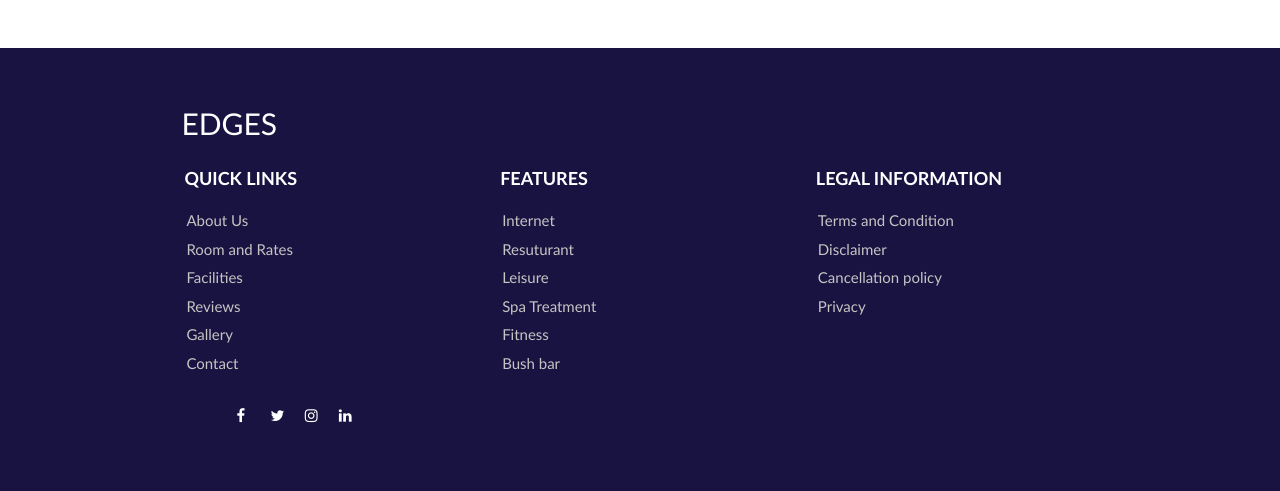
Repository: Syfon01/hotel-website
Page: index.html
These files come from the project's save history. The page is drawn as it stood at one moment and after the next save; the edit follows.
The browser window is 1280 px wide. The pictures show the part of the page from y = 2361 to 2852 px (the page is 2852 px tall before and 2834 px after).

Above is the page before, as saved 2020-06-09 19:00:20.

### index.html
<!doctype html>
<html lang="en">
  <head>
    <title>Title</title>
    <!-- Required meta tags -->
    <meta charset="utf-8">
    <meta name="viewport" content="width=device-width, initial-scale=1, shrink-to-fit=no">
  <!-- font awesome -->
  <link rel="stylesheet" href="https://cdnjs.cloudflare.com/ajax/libs/font-awesome/4.7.0/css/font-awesome.min.css">
    <!-- Bootstrap CSS -->
    <link rel="stylesheet" href="https://stackpath.bootstrapcdn.com/bootstrap/4.3.1/css/bootstrap.min.css" integrity="sha384-ggOyR0iXCbMQv3Xipma34MD+dH/1fQ784/j6cY/iJTQUOhcWr7x9JvoRxT2MZw1T" crossorigin="anonymous">
    <link rel="stylesheet" href="room.css">
    <link rel="stylesheet" href="style.css">

  </head>
  <body>
    <!-- header, navbar -->
    <section class="top__section">
      <div class="top__content">
        <div class="container">
          <div class="icons">
            <i class="fa fa-facebook"></i>
            <i class="fa fa-twitter"></i>
            <i class="fa fa-instagram"></i>
            <i class="fa fa-linkedin"></i>
          </div>

          <div class="select">
            <p>English</p><span><i class="fa fa-angle-down"></i></span>
            <p class="x">NGN</p><span><i class="fa fa-angle-down"></i></span>
          </div>
        </div>
      </div>
    </section>

    <section class="main__frame">
      <nav>
        <input type="checkbox" name="" id="check">
        <label for="check" class="checkbtn"><span class="hamburger"></span></label>
        <label class="navBrand">EDGES</label>
        <ul>
          <li><a href="#" class="active">Home</a></li>
          <li><a href="#">About us</a></li>
          <li><a href="#">Room and Rates</a></li>
          <li><a href="#">Facilities</a></li>
          <li><a href="#">Gallery</a></li>
          <li><a href="#">Review</a></li>
          <li><a href="#">Contact</a></li>
        </ul>
      </nav>

      <div class="text-center text-white pt-5">
        <div class="container cont-head pt-5">
          <div class="vert-head pt-5">
            <h1 class="home pb-3">
              Our Rooms
            </h1>
            <div class="col-12 mx-auto">
              <p>
                Enjoy ultimate relaxation in one of our 94 rooms, including 27 spacious suites, designed with your comfort in
                mind.
                All
                rooms offer free high-speed wireless internet, natural light, as well as coffee and tea facilities. Return
                after a
                full
                day of work or sightseeing and unwind in style.
              </p>
            </div>
          </div>

        </div>
      </div>
    </section>

    <!-- carousel section -->
    <section id="carousel-section">
      <div class="container mt-5">
        <div class="row py-4">
          <div class="col-md-7 col-lg-7 col-12 col-sm-12">
            <div id="carouselExampleIndicators" class="carousel slide" data-ride="carousel">
              <ol class="carousel-indicators">
                <li data-target="#carouselExampleIndicators" data-slide-to="0" class="active"></li>
                <li data-target="#carouselExampleIndicators" data-slide-to="1"></li>
                <li data-target="#carouselExampleIndicators" data-slide-to="2"></li>
              </ol>
              <div class="carousel-inner">
                <div class="carousel-item active">
                  <img src="./img/hotel1.png" class="d-block w-100 img-carousel img-fluid" alt="...">
                </div>
                <div class="carousel-item">
                  <img src="./img/hotel2.png" class="d-block w-100 img-carousel img-fluid" alt="...">
                </div>
                <div class="carousel-item">
                  <img src="./img/hotel3.png" class="d-block w-100 img-carousel img-fluid" alt="...">
                </div>
              </div>

            </div>
          </div>
          <div class="col-md-5 col-lg-5 col-12 col-sm-12">
            <div class="hovertext">
              <h4 class="text-purple mb-4">Standard Room</h4>
              <p class="text-purple"><span class="p-font-weight">Bed type </span>: 1 King sized bed</p>
              <p class="text-purple"><span class="p-font-weight">Size</span> : 25m2</p>
              <p class="text-purple"><span class="p-font-weight">Max.guest </span>: 2 Adults and a child</p>
              <p class="text-purple mb-4"><span class="p-font-weight p-20">#16,700</span> /night</p>
              <button class="btn btn-purple px-5">Book Now</button>
            </div>
          </div>
        </div>

        <div class="row py-4">
          <div class="col-md-7 col-lg-7 col-12 col-sm-12">
            <div id="carouselExampleIndicators" class="carousel slide" data-ride="carousel">
              <ol class="carousel-indicators">
                <li data-target="#carouselExampleIndicators" data-slide-to="0" class="active"></li>
                <li data-target="#carouselExampleIndicators" data-slide-to="1"></li>
                <li data-target="#carouselExampleIndicators" data-slide-to="2"></li>
              </ol>
              <div class="carousel-inner">
                <div class="carousel-item active">
                  <img src="./img/hotel2.png" class="d-block w-100 img-carousel img-fluid" alt="...">
                </div>
                <div class="carousel-item">
                  <img src="./img/hotel3.png" class="d-block w-100 img-carousel img-fluid" alt="...">
                </div>
                <div class="carousel-item">
                  <img src="./img/hotel4.png" class="d-block w-100 img-carousel img-fluid" alt="...">
                </div>
              </div>

            </div>
          </div>
          <div class="col-md-5 col-lg-5 col-12 col-sm-12">
          <div class="hovertext">
            <h4 class="text-purple mb-4">Deluxe Room</h4>
            <p class="text-purple"><span class="p-font-weight">Bed type </span>: 1 King sized bed</p>
            <p class="text-purple"><span class="p-font-weight">Size</span> : 29m2</p>
            <p class="text-purple"><span class="p-font-weight">Max.guest </span>: 2 Adults and a child</p>
            <p class="text-purple mb-4"><span class="p-font-weight p-20">#16,700</span> /night</p>
            <button class="btn btn-purple px-5">Book Now</button>
          </div>
          </div>
        </div>

        <div class="row py-4">
          <div class="col-md-7 col-lg-7 col-12 col-sm-12">
            <div id="carouselExampleIndicators" class="carousel slide" data-ride="carousel">
              <ol class="carousel-indicators">
                <li data-target="#carouselExampleIndicators" data-slide-to="0" class="active"></li>
                <li data-target="#carouselExampleIndicators" data-slide-to="1"></li>
                <li data-target="#carouselExampleIndicators" data-slide-to="2"></li>
              </ol>
              <div class="carousel-inner">
                <div class="carousel-item active">
                  <img src="./img/hotel3.png" class="d-block w-100 img-carousel h-50 img-fluid" alt="...">
                </div>
                <div class="carousel-item">
                  <img src="./img/hotel4.png" class="d-block w-100 img-carousel img-fluid" alt="...">
                </div>
                <div class="carousel-item">
                  <img src="./img/hotel1.png" class="d-block w-100 img-carousel img-fluid" alt="...">
                </div>
              </div>

            </div>
          </div>
          <div class="col-md-5 col-lg-5 col-12 col-sm-12">
          <div class="hovertext">
            <h4 class="text-purple mb-4">Standard Deluxe Room</h4>
            <p class="text-purple"><span class="p-font-weight">Bed type </span>: 1 King sized bed</p>
            <p class="text-purple"><span class="p-font-weight">Size</span> : 48m2</p>
            <p class="text-purple"><span class="p-font-weight">Max.guest </span>: 2 Adults and a child</p>
            <p class="text-purple mb-4"><span class="p-font-weight p-20">#21,000</span> /night</p>
            <button class="btn btn-purple px-5">Book Now</button>
          </div>
          </div>
        </div>

        <div class="row py-4">
          <div class="col-md-7 col-lg-7 col-12 col-sm-12">
            <div id="carouselExampleIndicators" class="carousel slide" data-ride="carousel">
              <ol class="carousel-indicators">
                <li data-target="#carouselExampleIndicators" data-slide-to="0" class="active"></li>
                <li data-target="#carouselExampleIndicators" data-slide-to="1"></li>
                <li data-target="#carouselExampleIndicators" data-slide-to="2"></li>
              </ol>
              <div class="carousel-inner">
                <div class="carousel-item active">
                  <img src="./img/hotel4.png" class="d-block w-100 img-carousel h-50 img-fluid" alt="...">
                </div>
                <div class="carousel-item">
                  <img src="./img/hotel2.png" class="d-block w-100 img-carousel img-fluid" alt="...">
                </div>
                <div class="carousel-item">
                  <img src="./img/hotel1.png" class="d-block w-100 img-carousel img-fluid" alt="...">
                </div>
              </div>

            </div>
          </div>
          <div class="col-md-5 col-lg-5 col-12 col-sm-12">
            <div class="hovertext">
              <h4 class="text-purple mb-4">Executive Room</h4>
              <p class="text-purple"><span class="p-font-weight">Bed type </span>:2 twins or 1 King sized bed</p>
              <p class="text-purple"><span class="p-font-weight">Size</span> : 48m2</p>
              <p class="text-purple"><span class="p-font-weight">Max.guest </span>: 2 Adults and a child</p>
              <p class="text-purple mb-4"><span class="p-font-weight p-20">#25,000</span> /night</p>
              <button class="btn btn-purple px-5">Book Now</button>
            </div>
          </div>
        </div>
      </div>
    </section>

    <!-- explore section  -->
    <div class="explore py-4 mb-4">
      <div class='hero'>
        <div class="cont-vert d-none d-md-block d-lg-block">
          <div class="text-center vert col-12">
            <h1>
              Explore and see what comfort really is
            </h1>
            <img src="./img/play.svg" class="img-fluid" alt="" srcset="">
          </div>
        </div>

        <div class="d-sm-block d-lg-none d-md-none py-5">
          <div class="text-center col-12 py-5">
            <h2 class="pt-5">
              Explore and see what comfort really is
            </h2>
            <img src="./img/play.svg" class="img-fluid pt-2" alt="" srcset="">
          </div>
        </div>

      </div>
</div>
<!-- footer -->
<footer>

  <div class="container">
  <h2>Edges</h2>



  <div class="row">

    <div class="col-md-4 col-6 col-lg-4 de-column">
      <ul class="d-row">
        <li id="theader">Quick Links </li>
        <li><a href="#">About Us </a></li>
        <li><a href="#"> Room and Rates</a></li>
        <li><a href="#"> Facilities</a></li>
        <li><a href="#">Reviews</a> </li>
        <li><a href="#">Gallery</a> </li>
        <li><a href="#"> Contact</a></li>
      </ul>
    </div>

    <div class="col-md-4 col-6 col-lg-4 de-column">
      <ul class="d-row">
        <li id="theader">Features </li>
        <li><a href="#">Internet</a></li>
        <li><a href="#">Resuturant</a> </li>
        <li><a href="#">Leisure</a> </li>
        <li> <a href="#">Spa Treatment</a></li>
        <li><a href="#">Fitness </a></li>
        <li><a href="#">Bush bar </a></li>
      </ul>
    </div>

    <div class="col-md-4 col-12 col-lg-4  de-column">
      <ul class="d-row">
        <li id="theader"> Legal Information</li>
        <li><a href="#">Terms and Condition </a></li>
        <li><a href="#">Disclaimer</a> </li>
        <li> <a href="#">Cancellation policy</a></li>
        <li><a href="#">Privacy</a> </li>
      </ul>
    </div>


  </div>


  <div class="links">
    <i class="fa fa-facebook"><a href="#"></a></i>
    <i class="fa fa-twitter"><a href="#"></a></i>
    <i class="fa fa-instagram"><a href="#"></a></i>
    <i class="fa fa-linkedin"><a href="#"></a></i>

  </div>
  </div>

</footer>


    <!-- Optional JavaScript -->
    <!-- jQuery first, then Popper.js, then Bootstrap JS -->
    <script src="https://code.jquery.com/jquery-3.3.1.slim.min.js" integrity="sha384-q8i/X+965DzO0rT7abK41JStQIAqVgRVzpbzo5smXKp4YfRvH+8abtTE1Pi6jizo" crossorigin="anonymous"></script>
    <script src="https://cdnjs.cloudflare.com/ajax/libs/popper.js/1.14.7/umd/popper.min.js" integrity="sha384-UO2eT0CpHqdSJQ6hJty5KVphtPhzWj9WO1clHTMGa3JDZwrnQq4sF86dIHNDz0W1" crossorigin="anonymous"></script>
    <script src="https://stackpath.bootstrapcdn.com/bootstrap/4.3.1/js/bootstrap.min.js" integrity="sha384-JjSmVgyd0p3pXB1rRibZUAYoIIy6OrQ6VrjIEaFf/nJGzIxFDsf4x0xIM+B07jRM" crossorigin="anonymous"></script>
  </body>
</html>

### room.css
.text-purple{
 color: #333333;
line-height: 35px;

}
.p-font-weight{
  font-weight: 500;
}
.p-20{
  font-size: 24px;
}
p{
  font-size: 18px;;
}
.btn-purple{
  background-color: #191341;
  color: #fff;
  border-radius: 5px;
}
.img-carousel{
  height: 300px!important;
}
.carousel-indicators li{
  border-radius: 100%;
  width: 8px;
  height: 8px;
}
.home-header{
  background-image: linear-gradient(to bottom, rgba(0, 0, 0, 0.4), rgba(0, 0, 0, 0.6)),
  url('https://res.cloudinary.com/syfon/image/upload/v1591642862/header.png');
  width: 100%;
  height: 75vh;
  background-size: cover;
  color: white;
  ;
}
.hero{
   background-image: linear-gradient(to bottom, rgba(25, 19, 65, 0.6), rgba(25, 19, 65, 0.8)),
   url('https://res.cloudinary.com/syfon/image/upload/v1591642863/explore.png');
   width: 100%;
   /* height: 75vh; */
   background-size: cover;
   color: white;
  ;
}

.vert{
  margin: 0;
  position: absolute;
  top: 50%;
  left: 50%;
  -ms-transform: translate(-50%, -50%);
  transform: translate(-50%, -50%);
}
.cont-vert{
  height: 400px;
  position: relative;
}

.cont-head {
  height: 400px;
  position: relative;
  z-index: 2;
}
@media screen and (min-width: 300px) and (max-width: 420px){
  .cont-head{
    min-height: 500px;
  }

}

@media (max-width: 991px) {
  #words {
    width: 100%;
    /* margin: auto;
      text-align: justify; */
  }

  .row {
    /* opacity: 0.4; */
    position: relative;
    overflow: hidden;
  }

  .col-md-7 {
    opacity: 1;
    display: block;
    width: 100%;
    height: auto;
    transition: .5s ease;
    backface-visibility: hidden;
  }

  .col-md-5 {
    opacity: 0;
    position: absolute;
    top: 2;
    left: 0;
    padding: 0em;
    line-height: 1;
    /* background-color: blue; */
    /* transform: translate(-50%, -50%); */
    /*-ms-transform: translate(-50%, -50%); */

  }

  .col-md-5 p {
    color: white
  }

  .col-md-5 h4 {
    color: white
  }

  .row:hover .col-md-7 {
    /* opacity: ; */

  }

  .row:hover .col-md-5 {
    opacity: 0.9;
    padding: 0em 1em;

  }

  .row:hover.btn-purple {
    opacity: 1;

  }

  .hovertext {
    padding: 1.5em 1em;
    background-color: #112966;
line-height: 25px;

    /* font-size: 16px;
      padding: 16px 32px; */
  }

  .btn-purple {
    color: #191341;
    background-color: #fff;
    padding: 0.2em;
    font-size: 25px;
    margin-top: 0em;
    font-weight: bold;
  }

  .btn-purple:hover {
    background-color: rgb(3, 87, 3);
    color: white;
    border: none;
    outline: none
  }

  .carousel-indicators li {
    display: none
  }
}

### style.css
html * {
  margin: 0;
  padding: 0;
  box-sizing: border-box;
}

body {
  font-family: Calibri, 'Trebuchet MS', sans-serif;
  width: 100%;
  height: 100%;
}


/*  NAVBAR */
a {
  text-decoration: none;
}

.main__frame {
  width: 100%;
  /* height: calc(80vh - 50px); */
  background-image: url('https://res.cloudinary.com/syfon/image/upload/v1591642862/header.png');
  background-repeat: no-repeat;
  object-fit: cover;
  background-size: cover;
  position: relative;
}

.main__frame::after {
  content: '';
  position: absolute;
  top: 0;
  left: 0;
  width: 100%;
  height: 100%;
  z-index: 1;
  background: rgba(0, 0, 0, 0.5);
  color: #fff!important;
}

.top__section {
  width: 100%;
  height: 49px;
}

.top__content {
  max-width: 100%;
  height: 49px;
  background: #191341;
}

.top__content>.container {
  width: 80%;
  display: flex;
  flex-direction: row;
  justify-content: space-between;
  margin: 0 auto;
  color: #ffffff;
  padding-top: 15px;
}

.container>.icons {
  display: flex;
  flex-direction: row;
  width: 100px;
  font-size: 15px;
}

.icons i {
  margin-right: 25px;
}

.container {
  width: 80%;
  margin: 0 auto;
}

.container>.select {
  display: flex;
  flex-direction: row;
  width: 200px;
  font-size: 18px;

}

/* select section */
.select>p {
  margin-right: 10px;
}

.select>p.x {
  margin-left: 40px;
}

.select>span {
  line-height: 25px;
}

/* navigation */
nav {
  position: absolute;
  content: '';
  width: 100%;
  height: 80px;
  z-index: 2;
  padding: 0 4em;
}

nav .navBrand {
  /* font-family: Calibri; */
  font-style: normal;
  font-weight: bold;
  font-size: 45px;
  line-height: 70px;
  color: #ffff;
  z-index: 2;
  float: left;
}

nav ul {
  float: right;
  list-style: none;
}

nav ul li {
  display: inline-block;
  line-height: 70px;
}

nav li a {
  font-family: Calibri;
  font-style: normal;
  font-weight: normal;
  font-size: 20px;
  line-height: 24px;
  color: #FFFFFF;
  padding: 8px 17px;
}

nav li a:hover {
  background: #191341;
  box-shadow: 2px 0px 2px rgba(0, 0, 0, 0.25);
  border-radius: 5px;
}

.checkbtn {
  float: right;
  position: relative;
  top: 32px;
  cursor: pointer;
  display: none;
}

#check {
  display: none;
}

/* Hamburger menu with CSS */
.hamburger,
.hamburger::before,
.hamburger::after {
  content: "";
  display: block;
  background: #fff;
  height: 3px;
  width: 1.8rem;
  border-radius: 4px;
  transition: all .4s ease-out;
}

.hamburger::before {
  transform: translateY(-8px);
}

.hamburger::after {
  transform: translateY(5px);
}

/* Hamburger icon switch to X */
#check:checked~.checkbtn .hamburger {
  transform: rotate(45deg);
  background: #fff;
}

#check:checked~.checkbtn .hamburger::after {
  transform: translateY(-3px) rotate(-90deg);
  background: #fff;
}

#check:checked~.checkbtn .hamburger::before {
  opacity: 0;
}

/* media Query */

/* mobile */
@media screen and (min-width: 300px) and (max-width: 420px) {

  /* top icons */
  .container>.icons {
    width: 30%;
    font-size: 12px;
  }

  .icons i {
    margin-right: 20px;
  }

  .container>.select {
    width: 40%;
    font-size: 12px;
  }

  .select>p.x {
    margin-left: 20px;
  }

  .select>span {
    line-height: 18px;
  }

  .top__content>.container {
    width: 80% !important;
  }

  nav {
    padding: 0 2.4em !important;
  }

  nav .navBrand {
    font-size: 27px !important;
  }
}

/* small tablet */
@media screen and (min-width: 550px) and (max-width: 772px) {

  .container>.select {
    font-size: 12px;
  }

  .select>span {
    line-height: 18px;
  }

  nav {
    padding: 0 5em;
  }

  nav .navBrand {
    font-size: 33px;
  }
}

/* tablet */
@media screen and (min-width: 900px) and (max-width: 1250px) {
  .top__content>.container {
    width: 85%;
  }

  nav {
    padding: 0 4em;
  }

  nav .navBrand {
    font-size: 33px;
  }

  li a {
    font-size: 14px;
    padding: 8px 14px;
  }
}

@media screen and (min-width: 1250px) {
  nav {
    padding: 0 8em;
  }

}

/* navbar */
@media screen and (max-width: 852px) {
  .checkbtn {
    display: block;
  }

  nav ul {
    position: fixed;
    width: 100%;
    height: 100%;
    background: rgba(0, 0, 0, 0.9);
    top: 110px;
    left: -100%;
    text-align: center;
    transition: all .4s;
  }

  nav ul li {
    display: block;
    margin: 50px 0;
    line-height: 30px;
  }

  nav ul li a {
    font-size: 20px;
  }

  li a:hover,
  a.active {
    background: none;
    color: #191341;
  }

  #check:checked~ul {
    left: 0;
  }
}



/* footer  */
footer {
  color: white;
  padding: 3em;
  background-color: #191341;
}

footer h2 {
  /* width: 90%; */
  margin: auto;
  font-size: 30px;
  padding: 0.3em 0em;
  text-transform: uppercase
}

.de-table {

  margin: auto;
  width: 95%;
  display: flex;
  padding-left: 2em;

}

.de-table ul {
  list-style-type: none;
}

.de-column {
  width: 40%
}

#theader {
  padding-top: 12px;
  padding-bottom: 12px;
  text-align: left;
  font-weight: bold;
  font-size: 18px;
  line-height: 32px;
  text-transform: uppercase;
}

.d-row li {
  padding: 3px;
  font-size: 15px
}

.d-row li a {
  color: rgb(199, 196, 196);
  text-decoration: none;
  padding: 2px
}

.links {

  padding: 1em 2.5em;

}

.links .fa {
  padding: 15px;
  cursor: pointer;
  width: 15px;
  height: 15px;
  font-size: 15px;
  text-decoration: none;

}

@media (max-width: 991px) {
  footer {
    /* text-align: center; */
    color: white;
    padding-left: 2em
  }

  .d-table {
    display: block;

    padding: 0em
  }

  .de-column {
    width: 100%;
    padding: 1em;

  }


  #theader {

    line-height: 7px;

  }
}

.d-row>li{
  list-style: none;
}

After the next save:
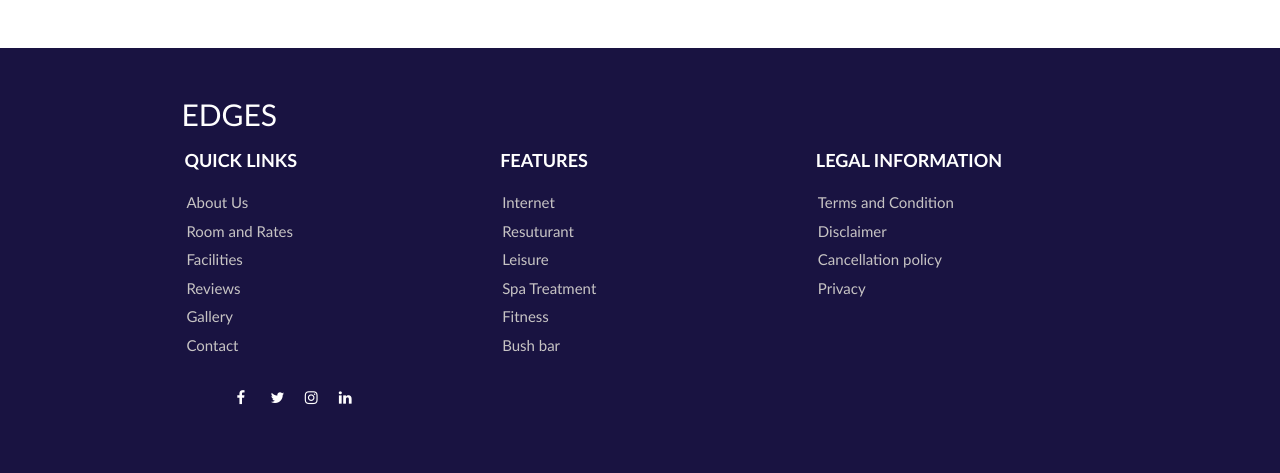
Saved 4 s later.
--- a/style.css
+++ b/style.css
@@ -330,7 +330,7 @@ footer h2 {
   /* width: 90%; */
   margin: auto;
   font-size: 30px;
-  padding: 0.3em 0em;
+  /* padding: 0.3em 0em; */
   text-transform: uppercase
 }
 
